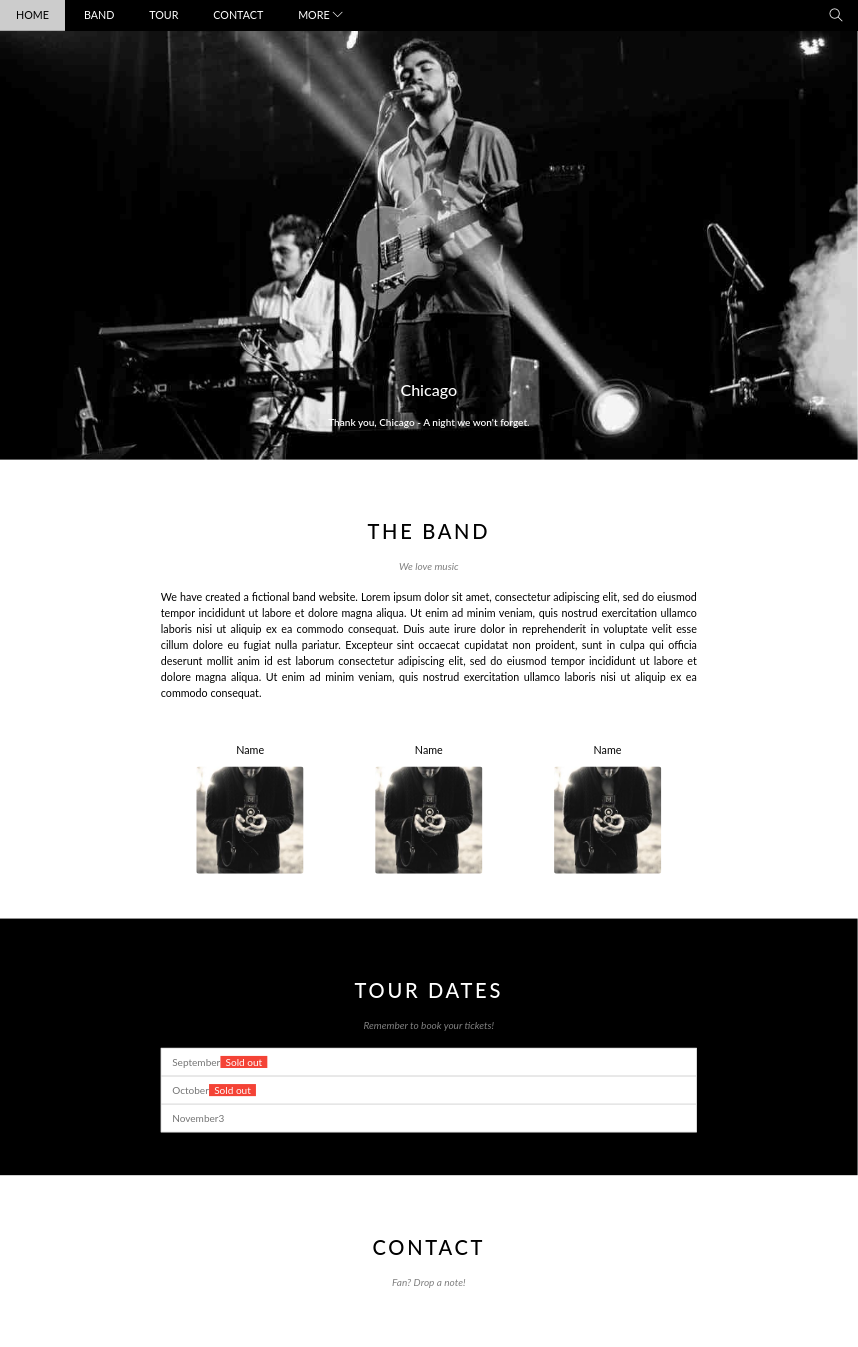
Repository: tatvanhco/web-dau-tay
Page: index.html
An editor plug-in stored every save of this project. The page is shown before and after the next save, followed by the edit.
The browser window is 1280 px wide. The pictures show the whole page, at 67% of full size.

Above is the page before, as saved 2022-01-23 19:42:17.

### index.html
<!DOCTYPE html>
<html lang="en">
<head>
    <meta charset="UTF-8">
    <!-- <meta http-equiv="X-UA-Compatible" content="IE=edge"> -->
    <meta name="viewport" content="width=device-width, initial-scale=1.0">
    <title>the band</title>
    <link rel="shortcut icon" href="./assets/img/band/logo.png" type="image/x-icon">
    <link rel="stylesheet" href="./assets/fronts/themify-icons/themify-icons.css">
    <link rel="stylesheet" href="./assets/css/style.css">
    <link rel="stylesheet" href="./assets/css/responsive.css">
</head>
<body>
    <div id="main">
        <div id="header">
            <ul id="nav">
                <li><a href="#">home</a></li>
                <li><a href="#">band</a></li>
                <li><a href="#">tour</a></li>
                <li><a href="#">contact</a></li>
                <li>
                    <a href="#">more
                        <i class="drop-down ti-angle-down"></i>
                    </a>
                    <div class="subnav">
                        <ul>
                            <li><a href="">Merchandise</a></li>
                            <li><a href="">Extras</a></li>
                            <li><a href="">Media</a></li>
                        </ul>
                    </div>
                </li>
            </ul>
            <div class="search-btn">
                <i class="search-icon ti-search"></i>
            </div>
        </div>
        <div id="slide">
            <div class="text-content">
                <h2 class="text-heading">Chicago</h2>
                <div class="text-desc">Thank you, Chicago - A night we won't forget.</div>
            </div>
        </div>
        <div id="content">
            <div class="content-section">
                <h2 class="section-heading">THE BAND</h2>
                <p class="section-sub-heading">We love music</p>
                <p class="about">
                    We have created a fictional band website. Lorem ipsum dolor sit amet, consectetur adipiscing elit, sed do eiusmod tempor incididunt ut labore et dolore magna aliqua. Ut enim ad minim veniam, quis nostrud exercitation ullamco laboris nisi ut aliquip ex ea commodo consequat. Duis aute irure dolor in reprehenderit in voluptate velit esse cillum dolore eu fugiat nulla pariatur. Excepteur sint occaecat cupidatat non proident, sunt in culpa qui officia deserunt mollit anim id est laborum consectetur adipiscing elit, sed do eiusmod tempor incididunt ut labore et dolore magna aliqua. Ut enim ad minim veniam, quis nostrud exercitation ullamco laboris nisi ut aliquip ex ea commodo consequat.
                </p>
                <div class="team">
                    <div class="team-list">
                        <p class="team-name">Name</p>
                        <img src="./assets/img/band/member.jpg" >
                    </div>

                    <div class="team-list">
                        <p class="team-name">Name</p>
                        <img src="./assets/img/band/member.jpg" >
                    </div>

                    <div class="team-list">
                        <p class="team-name">Name</p>
                        <img src="./assets/img/band/member.jpg" >
                    </div>
                </div>
                <div class="clear"></div>
            </div>

            <div class="tour-section">
                <div class="content-section">
                    <h2 class="text-white section-heading">TOUR DATES</h2>
                    <p class="text-white section-sub-heading">Remember to book your tickets!</p>
                    <ul class="ticket-list">
                        <li>September<span class="soldout">Sold out</span></li>
                        <li>October<span class="soldout">Sold out</span></li>
                        <li>November<span class="quatity">3</span></li>
                    </ul>
                </div>
                <div class="clear"></div>
            </div>

            <div class="content-section">
                <h2 class="section-heading">CONTACT</h2>
                <p class="section-sub-heading">Fan? Drop a note!</p>
            </div>

        </div>

        <div id="footer">

        </div>
    </div>
</body>
</html>

### assets/css/style.css
* {
    margin: 0;
    padding: 0;
    box-sizing: border-box;
}

body {
    font-family: "Lato", sans-serif;
}

.clear {
    clear: both;
}

.text-white {
    color: #fff !important;
}

#header {
    width: 100%;
    height: 46px;
    background-color: #000;
    position: fixed;
    top: 0;
    left: 0;
    right: 0;
    z-index: 1;
}
#nav {
    display: inline-block;
}

#nav > li {
    display: inline-block;
}

#nav li {
    position: relative;
    list-style-type: none;
}

#nav > li > a {
    color: #fff;
    text-transform: uppercase;
}

#nav li a {
    text-decoration: none;
    padding: 0 24px;
    line-height: 46px;
    display: block;

}

#nav li:hover .subnav {
    display: block;
}

#nav .subnav li:hover a,
#nav > li:hover > a {
    background-color: #ccc;
    color: #000;
}

#nav .subnav {
    display: none;
    min-width: 160px;
    position: absolute;
    top: 100%;
    left: 0;
    background-color: #fff;
    box-shadow: 0 0 10px rgba(0, 0, 0, 0.3);
}

#nav .subnav a {
    color: #000;
    padding: 0px 24px;
    line-height: 38px;
}

#header .search-btn {
    float: right;
    padding: 0 22px;
    cursor: pointer;
}

#header .search-btn:hover {
    background-color: #f44336;
}

#header .search-icon {
    color: #fff;
    font-size: 20px;
    line-height: 46px;
}

#slide {
    position: relative;
    margin-top: 46px;
    padding-top: 50%;
    background: url(/assets/img/slider/chicago.jpg) top center / cover no-repeat;
}

#slide .text-content {
    color: #fff;
    position: absolute;
    bottom: 47px;
    /* cách canh giữa
    left: 50%;
    transform: translateX(-50%); */
    width: 100%;
    text-align: center;
}

#slide .text-heading {
    font-weight: 500;
    font-size: 24px;
}

#slide .text-desc {
    font-weight: 600;
    margin-top: 25px;
    font-size: 15px;
}

#content {

}

#content .content-section {
    max-width: 800px;
    margin-left: auto;
    margin-right: auto;
    padding: 64px 0;
}

#content .section-heading,
#content .section-sub-heading {
    text-align: center;
    margin: 25px 0;
}

#content .section-heading {
    font-size: 30px;
    font-weight: 500;
    letter-spacing: 4px;
}

#content .section-sub-heading {
    font-size: 15px;
    opacity: 0.5;
    font-style: italic;
}

#content .about {
    text-align: justify;
    line-height: 1.5;
}

#content .team {
    margin-top: 48px;
}

#content .team-name {
    margin: 15px 0;
}

#content .team-list {
    float: left;
    width: 33.33333%;
    text-align: center;
}

#content .team-list img {
    width: 60%;
    border-radius: 4px;
    text-align: center;
}

.tour-section {
    background-color: #000;
}

.ticket-list {
    background-color: #fff;
}

.ticket-list li {
    color: #757575;
    list-style-type: none;
    font-size: 15px;
    border: 1px solid #ddd;
    padding: 11px 16px;
}

.ticket-list .soldout {
    color: #fff;
    padding: 0 8px;
    background-color: #f44336;
}

Loaded but not shown: assets/fronts/themify-icons/themify-icons.css (common file); assets/css/responsive.css (no copy from this time; the picture is the same without it)

After the next save:
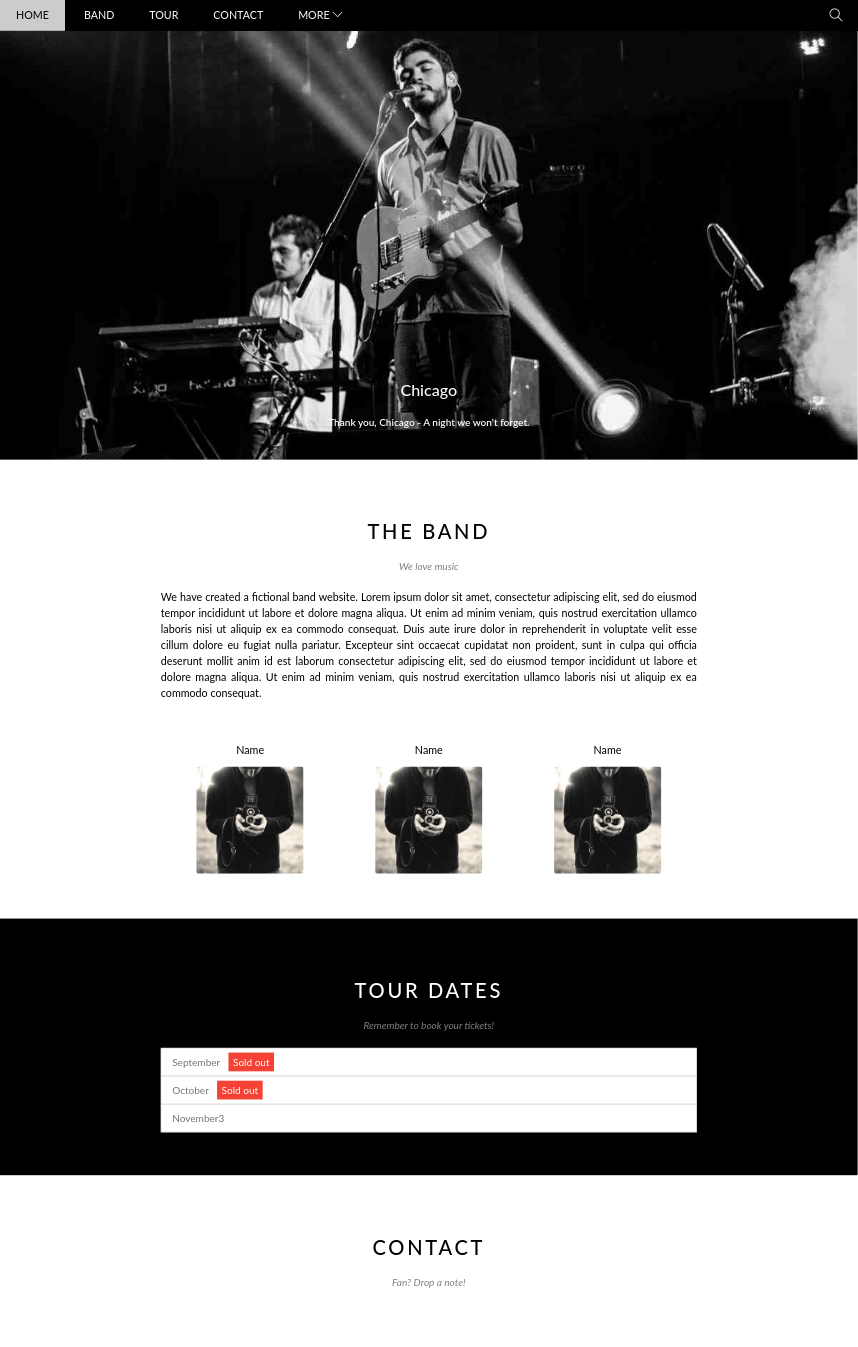
Saved 118 s later.
--- a/assets/css/style.css
+++ b/assets/css/style.css
@@ -195,6 +195,7 @@ body {
 
 .ticket-list .soldout {
     color: #fff;
-    padding: 0 8px;
+    margin-left: 12px;
+    padding: 5px 7px;
     background-color: #f44336;
 }
